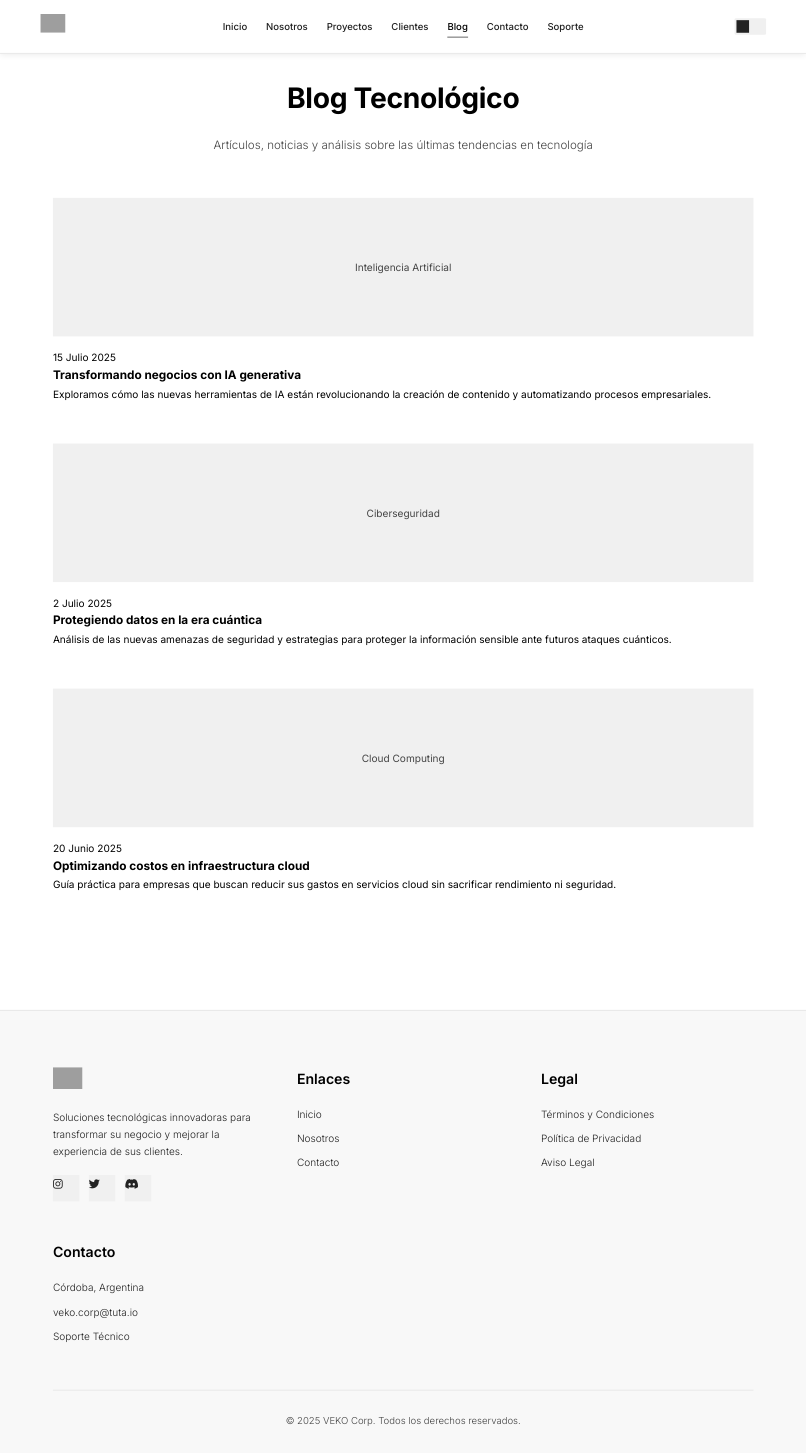
Repository: VEKO-Corp/veko-web
Page: blog.html
An editor plug-in stored every save of this project. The page is shown before and after the next save, followed by the edit.
The browser window is 1280 px wide. The pictures show the whole page, at 63% of full size.
Pictures or frames that could not be fetched are drawn as grey boxes.

Above is the page before, as saved 2025-08-11 21:29:19.

After the next save:
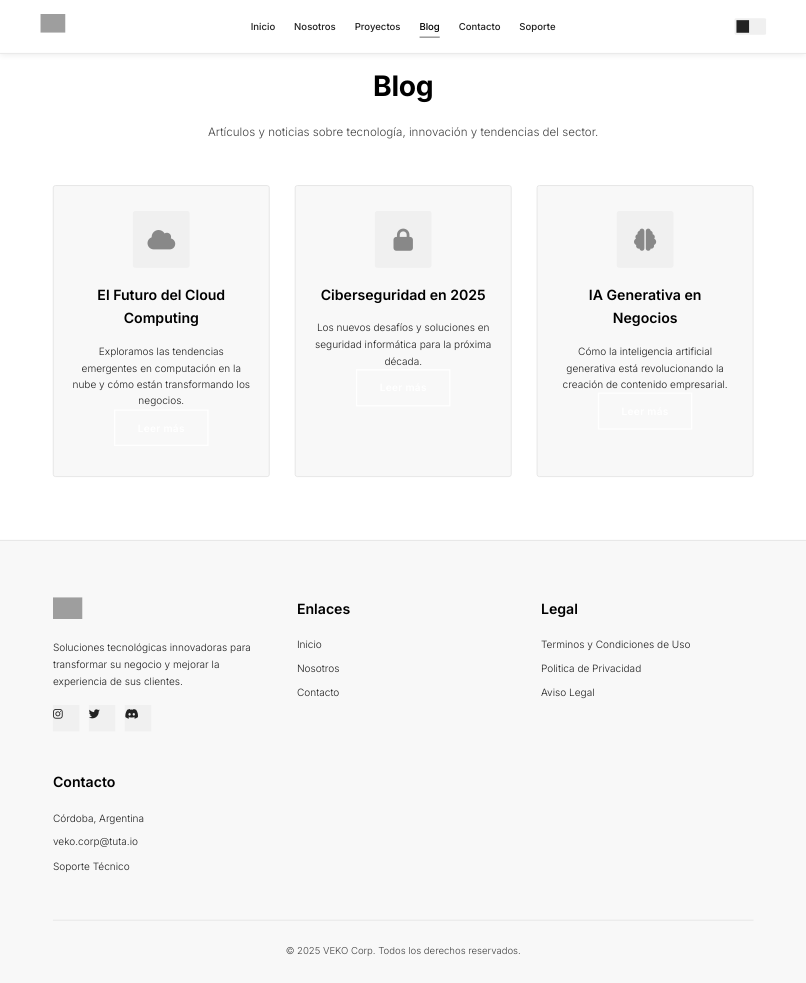
Saved 6 s later.
--- a/blog.html
+++ b/blog.html
@@ -3,7 +3,7 @@
 <head>
     <meta charset="UTF-8">
     <meta name="viewport" content="width=device-width, initial-scale=1.0">
-    <title>VEKO - Blog</title>
+    <title>Blog - VEKO</title>
     <link href="https://fonts.googleapis.com/css2?family=Inter:wght@300;400;500;600;700&display=swap" rel="stylesheet">
     <link rel="stylesheet" href="css/style.css">
     <link rel="stylesheet" href="https://cdnjs.cloudflare.com/ajax/libs/font-awesome/6.4.0/css/all.min.css">
@@ -20,7 +20,6 @@
                     <li><a href="index.html">Inicio</a></li>
                     <li><a href="nosotros.html">Nosotros</a></li>
                     <li><a href="proyectos.html">Proyectos</a></li>
-                    <li><a href="clientes.html">Clientes</a></li>
                     <li><a href="blog.html" class="active">Blog</a></li>
                     <li><a href="contacto.html">Contacto</a></li>
                     <li><a href="soporte.html">Soporte</a></li>
@@ -32,48 +31,33 @@
         </div>
     </header>
 
-    <section id="blog">
+    <section class="content-section">
         <div class="container">
-            <div class="section-title fade-in">
-                <h2>Blog Tecnológico</h2>
-                <p>Artículos, noticias y análisis sobre las últimas tendencias en tecnología</p>
+            <div class="section-title">
+                <h2>Blog</h2>
+                <p>Artículos y noticias sobre tecnología, innovación y tendencias del sector.</p>
             </div>
 
-            <div class="blog-grid">
-                <div class="blog-card fade-in delay-1">
-                    <div class="blog-image" style="height: 220px; background-color: var(--bg-tertiary); display: flex; align-items: center; justify-content: center; color: var(--text-tertiary); margin-bottom: 20px;">
-                        Inteligencia Artificial
-                    </div>
-                    <div class="blog-content">
-                        <span class="blog-date">15 Julio 2025</span>
-                        <h3>Transformando negocios con IA generativa</h3>
-                        <p>Exploramos cómo las nuevas herramientas de IA están revolucionando la creación de contenido y automatizando procesos empresariales.</p>
-                        <a href="#" class="btn">Leer más</a>
-                    </div>
+            <div class="services-grid">
+                <div class="service-card fade-in">
+                    <div class="service-icon"><i class="fas fa-cloud"></i></div>
+                    <h3>El Futuro del Cloud Computing</h3>
+                    <p>Exploramos las tendencias emergentes en computación en la nube y cómo están transformando los negocios.</p>
+                    <a href="#" class="btn">Leer más</a>
                 </div>
 
-                <div class="blog-card fade-in delay-2">
-                    <div class="blog-image" style="height: 220px; background-color: var(--bg-tertiary); display: flex; align-items: center; justify-content: center; color: var(--text-tertiary); margin-bottom: 20px;">
-                        Ciberseguridad
-                    </div>
-                    <div class="blog-content">
-                        <span class="blog-date">2 Julio 2025</span>
-                        <h3>Protegiendo datos en la era cuántica</h3>
-                        <p>Análisis de las nuevas amenazas de seguridad y estrategias para proteger la información sensible ante futuros ataques cuánticos.</p>
-                        <a href="#" class="btn">Leer más</a>
-                    </div>
+                <div class="service-card fade-in delay-1">
+                    <div class="service-icon"><i class="fas fa-lock"></i></div>
+                    <h3>Ciberseguridad en 2025</h3>
+                    <p>Los nuevos desafíos y soluciones en seguridad informática para la próxima década.</p>
+                    <a href="#" class="btn">Leer más</a>
                 </div>
 
-                <div class="blog-card fade-in delay-3">
-                    <div class="blog-image" style="height: 220px; background-color: var(--bg-tertiary); display: flex; align-items: center; justify-content: center; color: var(--text-tertiary); margin-bottom: 20px;">
-                        Cloud Computing
-                    </div>
-                    <div class="blog-content">
-                        <span class="blog-date">20 Junio 2025</span>
-                        <h3>Optimizando costos en infraestructura cloud</h3>
-                        <p>Guía práctica para empresas que buscan reducir sus gastos en servicios cloud sin sacrificar rendimiento ni seguridad.</p>
-                        <a href="#" class="btn">Leer más</a>
-                    </div>
+                <div class="service-card fade-in delay-2">
+                    <div class="service-icon"><i class="fas fa-brain"></i></div>
+                    <h3>IA Generativa en Negocios</h3>
+                    <p>Cómo la inteligencia artificial generativa está revolucionando la creación de contenido empresarial.</p>
+                    <a href="#" class="btn">Leer más</a>
                 </div>
             </div>
         </div>
@@ -109,8 +93,8 @@
 
                 <div class="footer-column fade-in delay-2">
                     <h3>Legal</h3>
-                    <a href="terminos-y-condiciones-de-uso.html">Términos y Condiciones</a>
-                    <a href="politica-de-privacidad.html">Política de Privacidad</a>
+                    <a href="terminos-y-condiciones-de-uso.html">Terminos y Condiciones de Uso</a>
+                    <a href="politica-de-privacidad.html">Politica de Privacidad</a>
                     <a href="aviso-legal.html">Aviso Legal</a>
                 </div>
 
